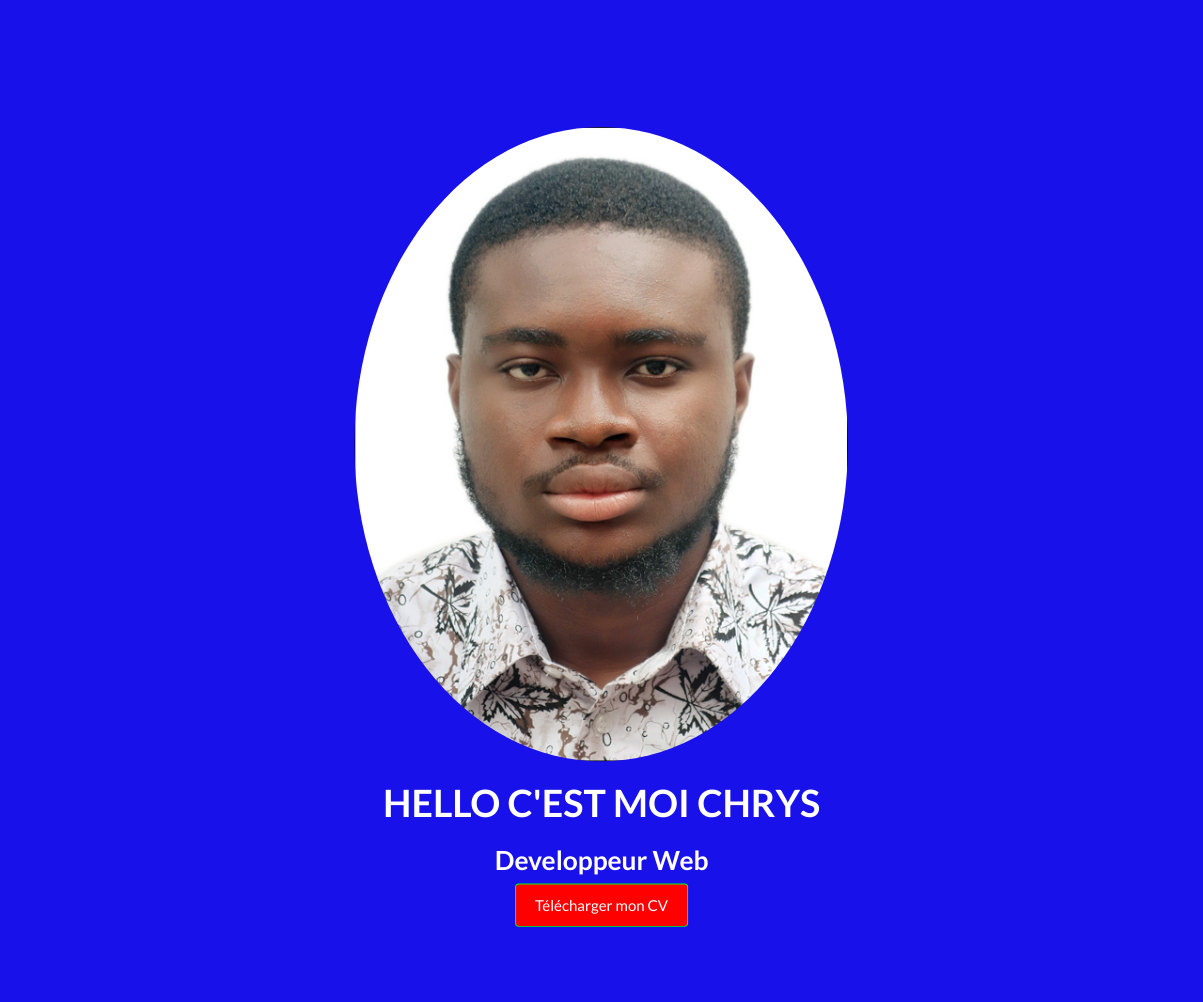
Repository: CHRYSOVR/CV_en_ligne_Interactif
Page: index.html
An editor plug-in stored every save of this project. The page is shown before and after the next save, followed by the edit.
The browser window is 1280 px wide. The pictures show the whole page, at 94% of full size.
The pointer rests on the first visible `.btn-danger`.

Above is the page before, as saved 2025-07-07 16:12:56.
Console error: TypeError: Cannot read properties of undefined (reading 'fn')

### index.html
<!DOCTYPE html>
<html lang="fr">
<head>
    <meta charset="UTF-8">
    <meta name="viewport" content="width=device-width, initial-scale=1.0">
    <link rel="preconnect" href="https://fonts.googleapis.com">
<link rel="preconnect" href="https://fonts.gstatic.com" crossorigin>
<link href="https://fonts.googleapis.com/css2?family=Lato:ital,wght@0,100;0,300;0,400;0,700;0,900;1,100;1,300;1,400;1,700;1,900&display=swap" rel="stylesheet">
<link rel="stylesheet" href="https://cdn.jsdelivr.net/npm/bootstrap@4.0.0/dist/css/bootstrap.min.css" integrity="sha384-Gn5384xqQ1aoWXA+058RXPxPg6fy4IWvTNh0E263XmFcJlSAwiGgFAW/dAiS6JXm" crossorigin="anonymous">
<script src="https://cdn.jsdelivr.net/npm/bootstrap@4.0.0/dist/js/bootstrap.min.js" integrity="sha384-JZR6Spejh4U02d8jOt6vLEHfe/JQGiRRSQQxSfFWpi1MquVdAyjUar5+76PVCmYl" crossorigin="anonymous"></script>
    <link rel="stylesheet" href="css/style.css">
    <script src="js/script.js"></script>
    <title>CV SANNE-TIA</title>
</head>
<body>
  <section id="about" class="container-fluid">
    <div  class=" col-8 col -lg-4 profile-picture" >
        <img src="images/Me.JPG" alt="photo sanne-tia" class="rounded-circle">
    </div>
    <div class="heading">
        <h1>Hello c'est moi Chrys</h1 >
             <h3>Developpeur Web</h3>
     <a href="documents/CV_Sanne-Tia.pdf" class="btn btn-danger" target="_blank">Télécharger mon CV</a>
  </div>
    </section>
</body>
</html>

### css/style.css
/*GENERAL*/

body{
    font-family: 'Lato', sans-serif;

}
h1,h2,h3,h4,h5,h6{
    font-weight: bold;


}
/*ABOUT*/
#about{
    background-color: #1911e9;

}
.profile-picture{
    text-align: center;
    margin: 70px auto 0;

}
section{
padding: 65px 0 80px 0;

}
 .heading{
    text-align: center;
    color: white;
    margin-top: 20px;
}
img{
    max-width: 100%;
    height: auto;
}
#about .heading h1{
    color: white;
    text-transform: uppercase;
    margin-bottom: 20px;

}
.btn-danger{
    background-color: #ff0000;
    border-color: #ff0000;
    color: white;
    padding: 10px 20px;
    font-size: 16px;
    text-decoration: none;
}
.btn-danger:hover{
    background-color: #ff0000;
    border-color: #00ff11fe;
    color: white;
    padding: 10px 20px;
    font-size: 16px;
    text-decoration: none;
}

Loaded but not shown: js/script.js (no stored copy; drawn as an empty file)

After the next save:
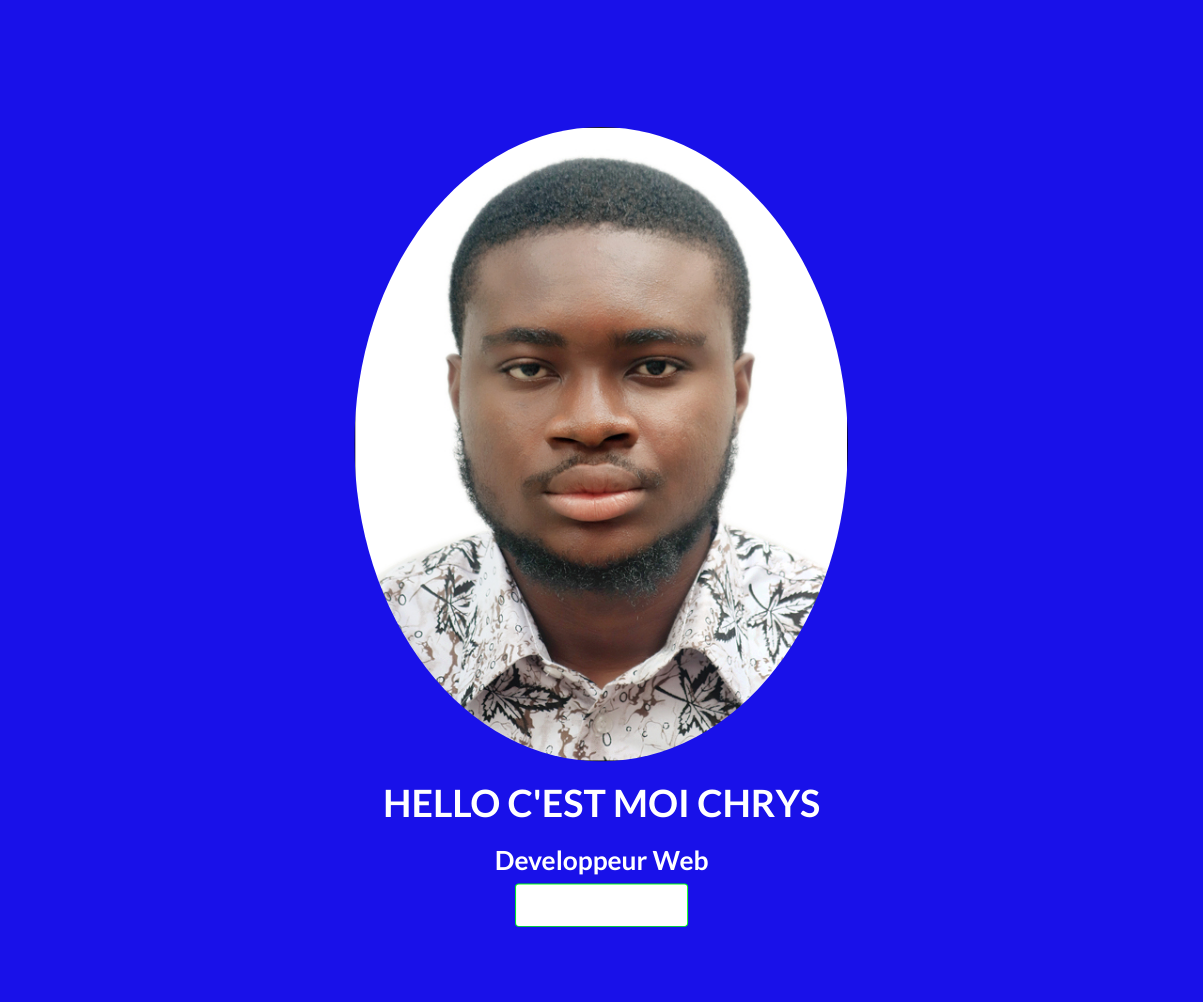
Saved 38 s later.
--- a/css/style.css
+++ b/css/style.css
@@ -47,7 +47,7 @@ img{
     text-decoration: none;
 }
 .btn-danger:hover{
-    background-color: #ff0000;
+    background:white;
     border-color: #00ff11fe;
     color: white;
     padding: 10px 20px;
